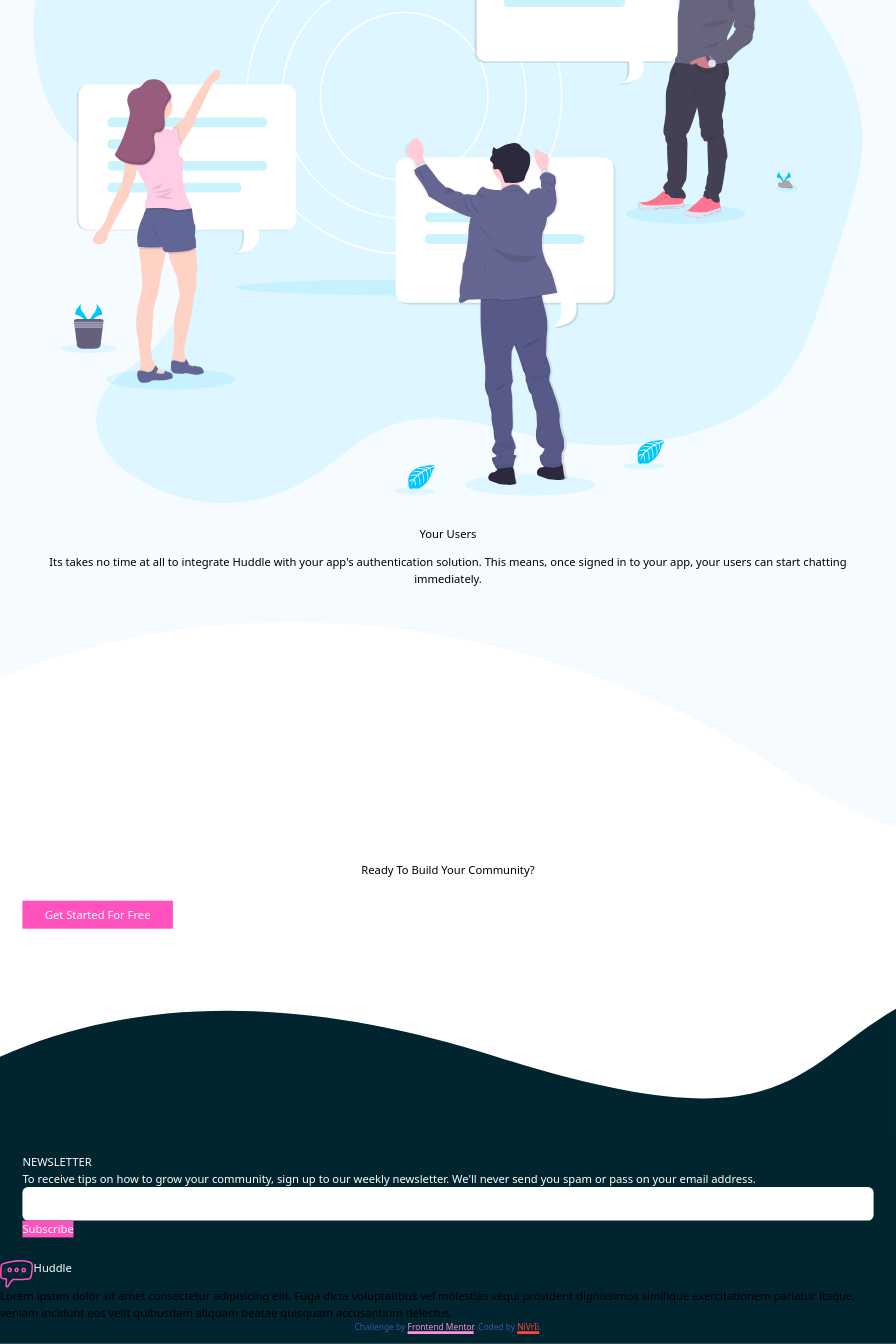
Repository: nivrii/huddle-landing-page-with-curved-sections-master
Page: /
The author's editor kept a copy of each file at every save. The page is drawn from the files as they stood at one save, then again after the next save.
The browser window is 1280 px wide. The pictures show the part of the page from y = 4564 to 6484 px (the page is 6484 px tall), at 70% of full size.
The project was rebuilt for these pictures with package versions that can differ from the ones it lists, and the page was loaded fresh each time. Also part of the build but not shown: vite.config.js.

Above is the page before, as saved 2024-04-15 16:24:36.

After the next save:
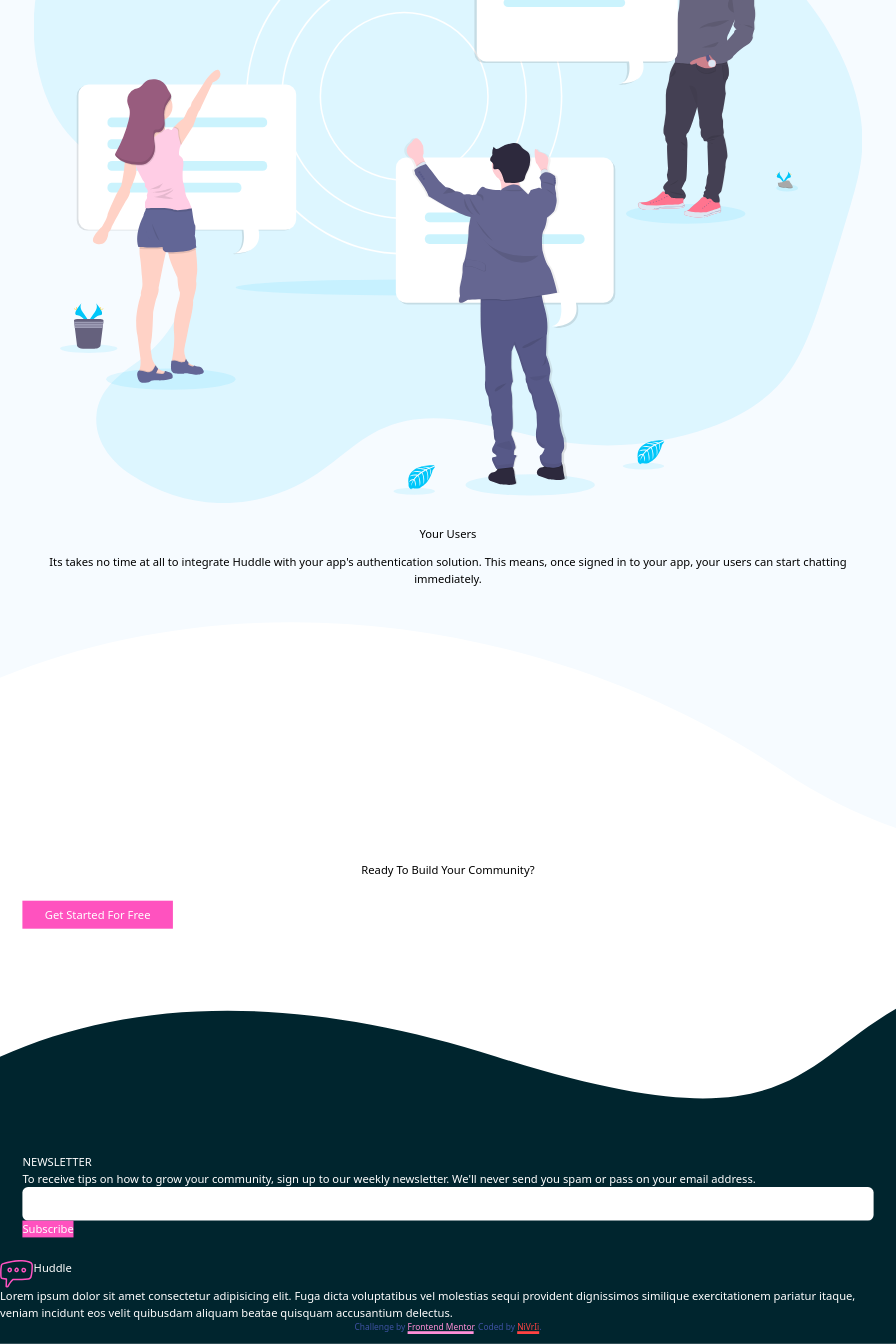
Saved 15 s later.
--- a/src/App.jsx
+++ b/src/App.jsx
@@ -150,7 +150,7 @@
             />
             <h1>Huddle</h1>
           </div>
-          <p>
+          <p className="text-white">
               Lorem ipsum dolor sit amet consectetur adipisicing elit. Fuga
               dicta voluptatibus vel molestias sequi provident dignissimos
               similique exercitationem pariatur itaque, veniam incidunt eos
